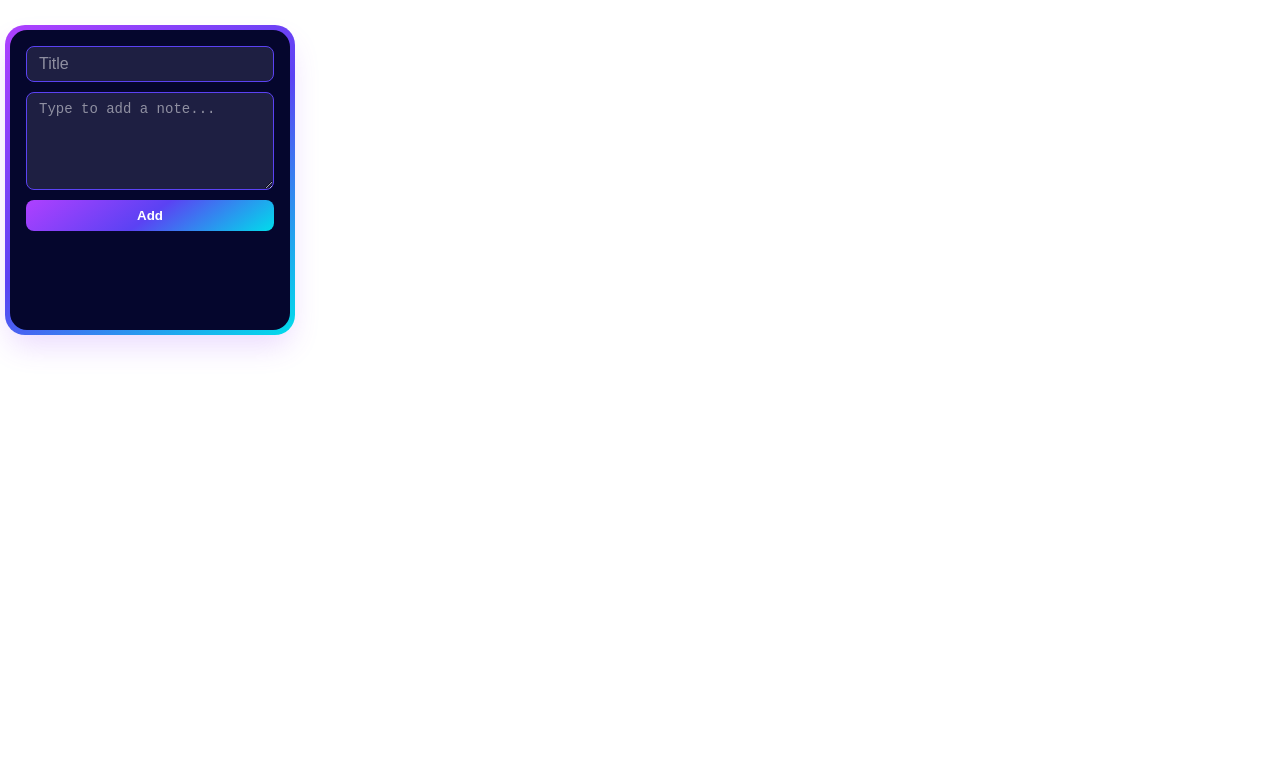
Repository: AJANI2005/Notes-App
Page: /
An editor plug-in stored every save of this project. The page is shown before and after the next save, followed by the edit.
The browser window is 1280 px wide. The pictures show the whole page.
The project was rebuilt for these pictures with package versions that can differ from the ones it lists, and the page was loaded fresh each time. Also part of the build but not shown: vite.config.ts, src/App.css, src/style/dialogbox.css, src/DialogBox.tsx.

Above is the page before, as saved 2025-07-31 18:47:22.

After the next save:
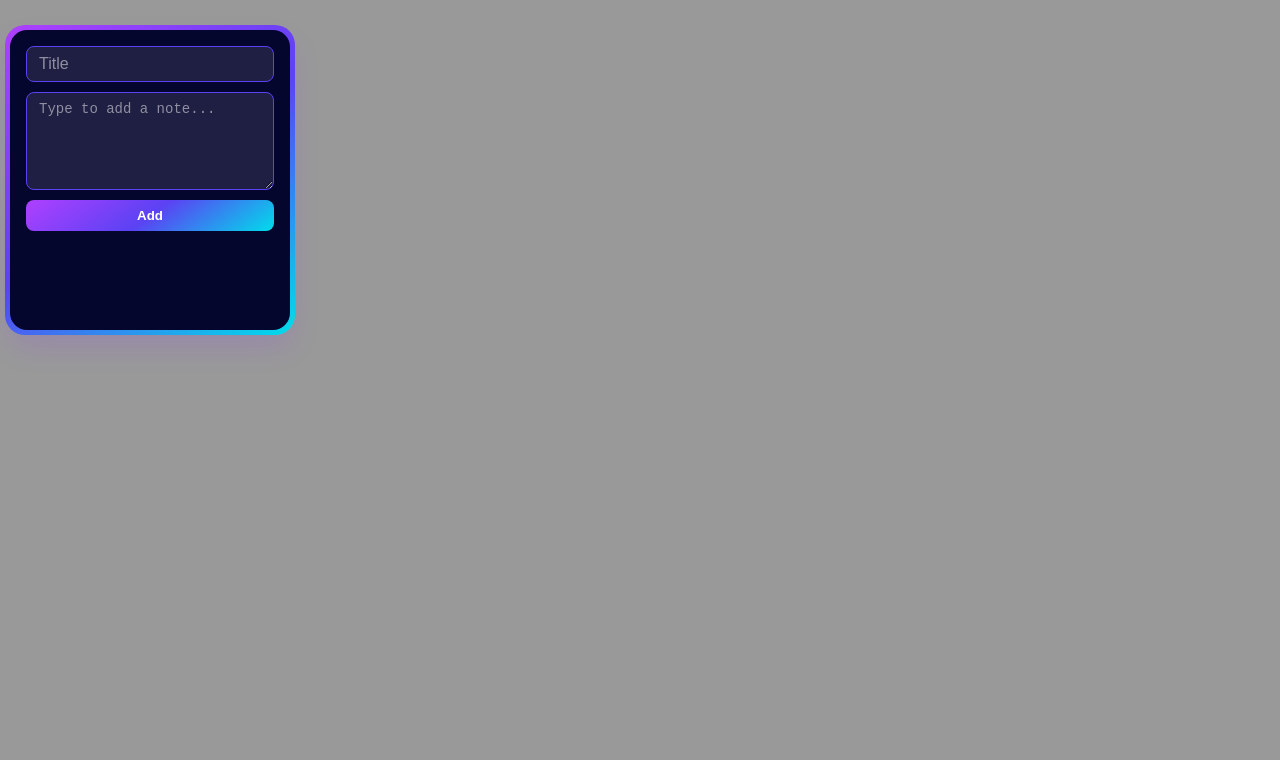
Saved 30 s later.
--- a/src/index.css
+++ b/src/index.css
@@ -11,5 +11,6 @@ body {
     font-family: 'Inter', sans-serif;
     min-height: 100vh;
     padding: 20px 0;
-    color: #666;
+    background-color: #999;
+    color: white;
 }
